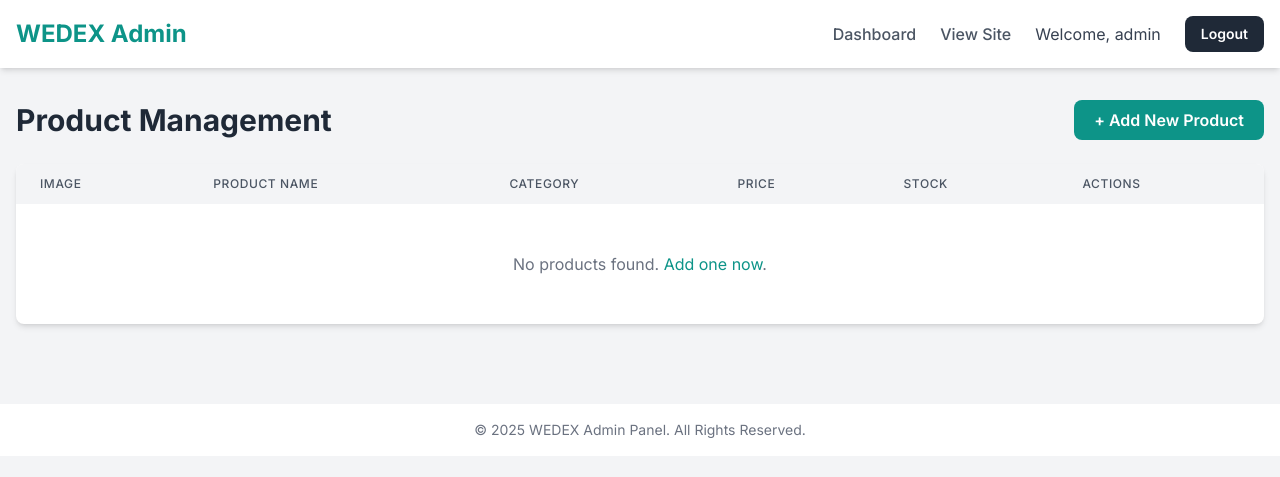
Repository: ICARUSTUDIO/WEDEX
Page: http://localhost/yourproject/admin/dashboard.php
These files come from the project's save history. The page is drawn as it stood at one moment and after the next save; the edit follows.
The browser window is 1280 px wide. The pictures show the whole page.
Some web libraries are served in a nearby version. The page is run by PHP 8.4 with error messages shown; the project is at /var/www/html/. The session is filled in as if someone had signed in: {"admin_logged_in": true, "admin_username": "admin"}. Queries for data that is not in the repository find no rows.

Above is the page before, as saved 2025-10-03 23:24:58.

After the next save:
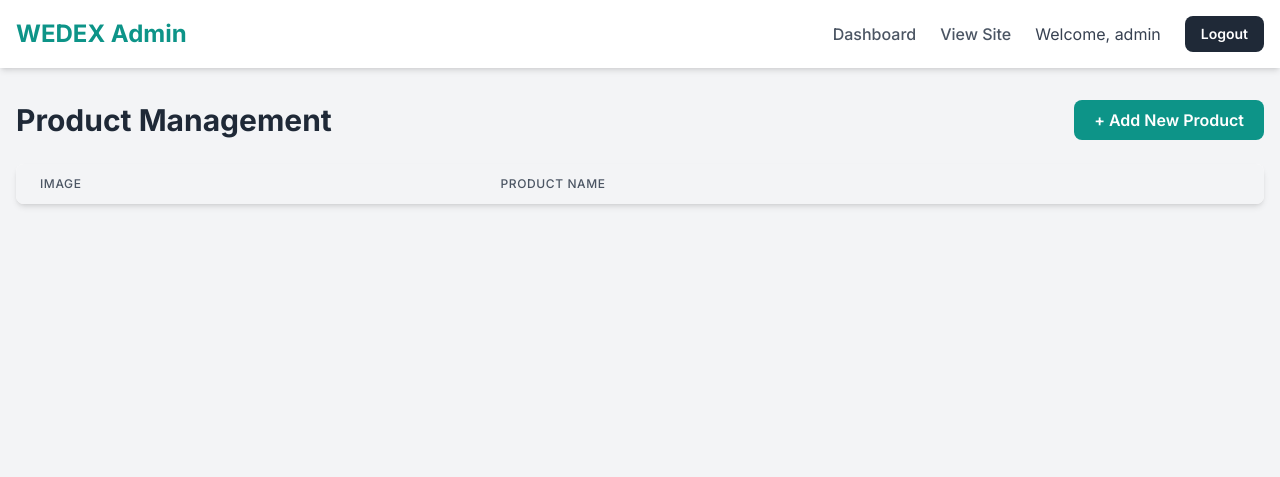
Saved 12 s later.
--- a/admin/dashboard.php
+++ b/admin/dashboard.php
@@ -54,50 +54,4 @@
                     <tr>
                         <th class="px-6 py-3 text-left text-xs font-medium text-gray-600 uppercase tracking-wider">Image</th>
                         <th class="px-6 py-3 text-left text-xs font-medium text-gray-600 uppercase tracking-wider">Product Name</th>
-                        <th class="px-6 py-3 text-left text-xs font-medium text-gray-600 uppercase tracking-wider">Category</th>
-                        <th class="px-6 py-3 text-left text-xs font-medium text-gray-600 uppercase tracking-wider">Price</th>
-                        <th class="px-6 py-3 text-left text-xs font-medium text-gray-600 uppercase tracking-wider">Stock</th>
-                        <th class="px-6 py-3 text-left text-xs font-medium text-gray-600 uppercase tracking-wider">Actions</th>
-                    </tr>
-                </thead>
-                <tbody class="divide-y divide-gray-200">
-                    <?php if (empty($products)): ?>
-                        <tr>
-                            <td colspan="6" class="px-6 py-12 text-center text-gray-500">
-                                No products found. <a href="add_product.php" class="text-teal-600 hover:underline">Add one now</a>.
-                            </td>
-                        </tr>
-                    <?php else: ?>
-                        <?php foreach ($products as $product): ?>
-                            <tr>
-                                <td class="px-6 py-4 whitespace-nowrap">
-                                    <img src="../uploads/<?php echo htmlspecialchars($product['image']); ?>" alt="<?php echo htmlspecialchars($product['name']); ?>" class="w-16 h-16 object-cover rounded-lg">
-                                </td>
-                                <td class="px-6 py-4 whitespace-nowrap">
-                                    <div class="text-sm font-medium text-gray-900"><?php echo htmlspecialchars($product['name']); ?></div>
-                                </td>
-                                <td class="px-6 py-4 whitespace-nowrap">
-                                    <span class="px-2 inline-flex text-xs leading-5 font-semibold rounded-full bg-green-100 text-green-800">
-                                        <?php echo htmlspecialchars($product['category']); ?>
-                                    </span>
-                                </td>
-                                <td class="px-6 py-4 whitespace-nowrap text-sm text-gray-800 font-semibold">
-                                    ₦<?php echo number_format($product['price'], 2); ?>
-                                </td>
-                                <td class="px-6 py-4 whitespace-nowrap text-sm text-gray-700">
-                                    <?php echo htmlspecialchars($product['stock']); ?> units
-                                </td>
-                                <td class="px-6 py-4 whitespace-nowrap text-sm font-medium">
-                                    <a href="edit_product.php?id=<?php echo $product['id']; ?>" class="text-indigo-600 hover:text-indigo-900 mr-4">Edit</a>
-                                    <a href="delete_product.php?id=<?php echo $product['id']; ?>" class="text-red-600 hover:text-red-900" onclick="return confirm('Are you sure you want to delete this product?');">Delete</a>
-                                </td>
-                            </tr>
-                        <?php endforeach; ?>
-                    <?php endif; ?>
-                </tbody>
-            </table>
-        </div>
-    </div>
-</div>
-
-<?php require_once 'partials/footer.php'; ?>
+                        <th class="px-6 py-3 text-left text-xs font-medium text

After the save that followed:
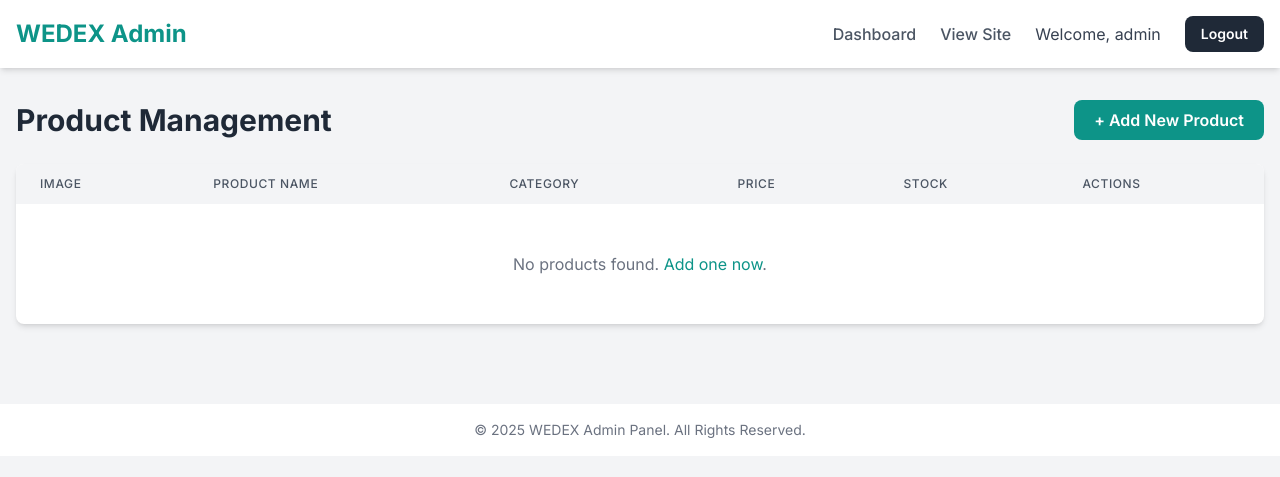
Saved 23 s later.
--- a/admin/dashboard.php
+++ b/admin/dashboard.php
@@ -54,4 +54,49 @@
                     <tr>
                         <th class="px-6 py-3 text-left text-xs font-medium text-gray-600 uppercase tracking-wider">Image</th>
                         <th class="px-6 py-3 text-left text-xs font-medium text-gray-600 uppercase tracking-wider">Product Name</th>
-                        <th class="px-6 py-3 text-left text-xs font-medium text
+                        <th class="px-6 py-3 text-left text-xs font-medium text-xs font-medium text-gray-600 uppercase tracking-wider">Category</th>
+<th class="px-6 py-3 text-left text-xs font-medium text-gray-600 uppercase tracking-wider">Price</th>
+<th class="px-6 py-3 text-left text-xs font-medium text-gray-600 uppercase tracking-wider">Stock</th>
+<th class="px-6 py-3 text-left text-xs font-medium text-gray-600 uppercase tracking-wider">Actions</th>
+</tr>
+</thead>
+<tbody class="divide-y divide-gray-200">
+<?php if (empty($products)): ?>
+<tr>
+<td colspan="6" class="px-6 py-12 text-center text-gray-500">
+No products found. <a href="add_product.php" class="text-teal-600 hover:underline">Add one now</a>.
+</td>
+</tr>
+<?php else: ?>
+<?php foreach ($products as $product): ?>
+<tr>
+<td class="px-6 py-4 whitespace-nowrap">
+<img src="../uploads/<?php echo htmlspecialchars($product['image']); ?>" alt="<?php echo htmlspecialchars($product['name']); ?>" class="w-16 h-16 object-cover rounded-lg">
+</td>
+<td class="px-6 py-4 whitespace-nowrap">
+<div class="text-sm font-medium text-gray-900"><?php echo htmlspecialchars($product['name']); ?></div>
+</td>
+<td class="px-6 py-4 whitespace-nowrap">
+<span class="px-2 inline-flex text-xs leading-5 font-semibold rounded-full bg-green-100 text-green-800">
+<?php echo htmlspecialchars($product['category']); ?>
+</span>
+</td>
+<td class="px-6 py-4 whitespace-nowrap text-sm text-gray-800 font-semibold">
+₦<?php echo number_format($product['price'], 2); ?>
+</td>
+<td class="px-6 py-4 whitespace-nowrap text-sm text-gray-700">
+<?php echo htmlspecialchars($product['stock']); ?> units
+</td>
+<td class="px-6 py-4 whitespace-nowrap text-sm font-medium">
+<a href="edit_product.php?id=<?php echo $product['id']; ?>" class="text-indigo-600 hover:text-indigo-900 mr-4">Edit</a>
+<a href="delete_product.php?id=<?php echo $product['id']; ?>" class="text-red-600 hover:text-red-900" onclick="return confirm('Are you sure you want to delete this product?');">Delete</a>
+</td>
+</tr>
+<?php endforeach; ?>
+<?php endif; ?>
+</tbody>
+</table>
+</div>
+</div>
+</div>
+<?php require_once 'partials/footer.php'; ?>
